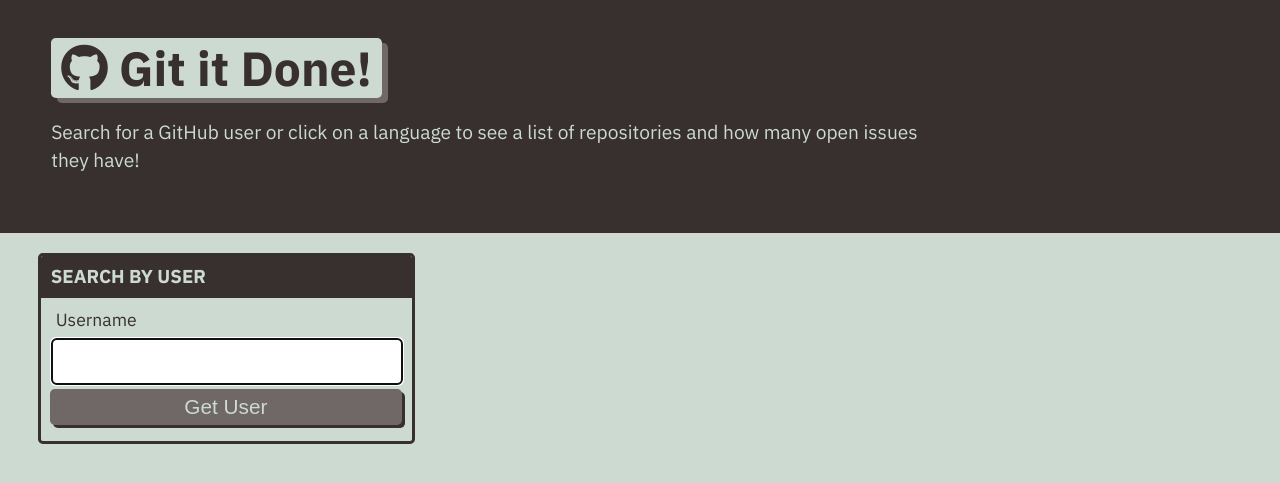
Repository: cobalt88/git-it-done
Page: index.html
The author's editor kept a copy of each file at every save. The page is drawn from the files as they stood at one save, then again after the next save.
The browser window is 1280 px wide. The pictures show the whole page.
The page's requests for data from a server got no answer. Some web libraries are served in a nearby version.

Above is the page before, as saved 2022-03-24 14:50:13.

### index.html
<!DOCTYPE html>
<html lang="en">

<head>
  <meta charset="UTF-8">
  <meta name="viewport" content="width=device-width, initial-scale=1.0">
  <meta http-equiv="X-UA-Compatible" content="ie=edge">
  <link href="https://fonts.googleapis.com/css?family=IBM+Plex+Sans:400,400i,700&display=swap" rel="stylesheet">
  <link rel="stylesheet" href="https://cdnjs.cloudflare.com/ajax/libs/font-awesome/5.11.2/css/all.min.css">
  <link rel="stylesheet" href="./assets/css/style.css" />
  <title>Git it Done</title>
</head>

<body class="flex-column min-100-vh">
  <header class="hero">
    <h1 class="app-title"><i class="fab fa-github"></i> Git it Done!</h1>
    <p>Search for a GitHub user or click on a language to see a list of repositories and how many open issues they have!
    </p>
  </header>


  <main class="flex-row justify-space-between">
    <div class="col-12 col-md-4">
      <div class="card">
        <h3 class="card-header text-uppercase">Search By User</h3>
        <form id="user-form" class="card-body">
          <label class="form-label" for="username">Username</label>
          <input name="username" id="username" type="text" autofocus="true" class="form-input" />
          <button type="submit" class="btn">Get User</button>
        </form>
      </div>

    </div>

    <div class="col-12 col-md-8">

    </div>
  </main>
<script src="./assets/js/homepage.js"></script>
</body>

</html>

### assets/css/style.css
:root {
  --primary: #ccdad1;
  --secondary: #9caea9;
  --tertiary: #788585;
  --light-dark: #6f6866;
  --dark: #38302e;
  --border-radius: .3rem;
}

* {
  box-sizing: border-box;
}

body {
  background-color: var(--primary);
  margin: 0;
  padding: 0;
  font-family: "IBM Plex Sans", sans-serif;
  color: var(--dark);
  line-height: 1.5;
  font-size: 16px;
}

h1,
h2,
h3,
h4,
h5,
h6 {
  font-weight: 700;
  margin: 0;
  color: var(--dark);
  line-height: 1.25;
}

main {
  margin: 20px auto;
  width: 94%;
}

p {
  font-size: 1.2rem;
}

 .btn {
  font-size: 1.3rem;
  text-decoration:none;
  padding: 6px 5px;
  width: 100%;
  display: block;
  margin: 5px 0;
  border-radius: var(--border-radius);
  color: var(--primary);
  border: none;
  outline: none;
  background-color: var(--light-dark);
  box-shadow: 3px 3px var(--dark);
  transform: translate(-1px, -1px);
}

 .btn:hover {
  color: var(--primary);
  background-color: var(--tertiary);
  transform: translate(0, 0);
  box-shadow: 2px 2px var(--dark);
}

.btn-inline {
  display: inline;
}

.btn-back {
  border-radius: var(--border-radius);
  color: var(--primary);
  border: none;
  outline: none;
  background-color: var(--light-dark);
  box-shadow: 3px 3px var(--secondary);
  transform: translate(-1px, -1px);
  display: inline-block;
  width: auto;
  margin-top: 20px;
  padding: 15px;
  text-decoration: none;
  font-size: 1.2rem;
}

 .btn-back:hover {
  color: var(--primary);
  background-color: var(--tertiary);
  transform: translate(0, 0);
  box-shadow: 2px 2px var(--dark);
}

.hero {
  padding: 3% 4%;
  background-color: var(--dark);
  color: var(--primary);
}

.hero p {
  max-width: 75%;
}

.app-title {
  font-size: 3rem;
  background-color: var(--primary);
  color: var(--dark);
  padding: 0 10px;
  display: inline-block;
  border-radius: var(--border-radius);
  box-shadow: 6px 5px var(--light-dark);
}

.list-group {
  padding: 0;
  list-style: none;
}

.list-item {
  margin-bottom: 10px;
  padding: 1.5%;
  border-radius: var(--border-radius);
  background-color: var(--light-dark);
  color: var(--primary);
  text-decoration: none;
}

.list-item:hover {
  background-color: var(--dark);
}

.status-icon {
  padding: 2px 5px;
  margin: 0 5px;
  background-color: rgba(255,255,255, 1);
  border-radius: var(--border-radius);
}

.icon-danger {
  color: rgb(255, 70, 70);
}

.icon-success {
  color: rgb(29, 153, 255);
}

/* CARDS */
.card {
  margin: 0 0 20px 0;
  border: 3px solid var(--dark);
  border-radius: var(--border-radius);
}

.card-header {
  color: var(--primary);
  background-color: var(--dark);
  padding: 2.5%;
  border-radius: calc(.18rem - 1px) calc(.18rem - 1px) 0 0;
}

.card-body {
  padding: 2.5%;
}

/* FORM */
.form-label,
.form-input,
.form-textarea {
  display: block;
}

.form-label {
  font-size: 1.1rem;
  margin: 0 0 0 5px;
}

.form-input {
  width: 100%;
  padding: 3%;
  margin: 5px 0;
  font-size: 1.2rem;
  border: 2px solid var(--light-dark);
  border-radius: var(--border-radius);
}

/* HEIGHT / WIDTH UTILS */
.min-100-vh {
  min-height: 100vh;
}

.min-100-vw {
  min-width: 100vw;
}

/* FONT UTILS */
.text-uppercase {
  text-transform: uppercase;
}


/* FLEX CONTENT */
.flex-row {
  display: flex;
  flex-wrap: wrap;
}

.flex-column {
  display: flex;
  flex-direction: column;
  flex-wrap: wrap;
}

.justify-space-between {
  justify-content: space-between;
}

.justify-space-around {
  justify-content: space-around;
}

.justify-flex-start {
  justify-content: flex-start
}

.justify-flex-end {
  justify-content: flex-end;
}

.justify-center {
  justify-content: center;
}

.align-stretch {
  align-items: stretch;
}

.align-end {
  align-items: flex-end;
}

.align-center {
  align-items: center;
}

.col-auto {
  flex-grow: 1;
}

.col-1 {
  flex: 0 0 calc(100% * 1 / 12 - 2%);
}

.col-2 {
  flex: 0 0 calc(100% * 2 / 12 - 2%);
}

.col-3 {
  flex: 0 0 calc(100% * 3 / 12 - 2%);
}

.col-4 {
  flex: 0 0 calc(100% * 4 / 12 - 2%);
}

.col-5 {
  flex: 0 0 calc(100% * 5 / 12 - 2%);
}

.col-6 {
  flex: 0 0 calc(100% * 6 / 12 - 2%);
}

.col-7 {
  flex: 0 0 calc(100% * 7 / 12 - 2%);
}

.col-8 {
  flex: 0 0 calc(100% * 8 / 12 - 2%);
}

.col-9 {
  flex: 0 0 calc(100% * 9 / 12 - 2%);
}

.col-10 {
  flex: 0 0 calc(100% * 10 / 12 - 2%);
}

.col-11 {
  flex: 0 0 calc(100% * 11 / 12 - 2%);
}

.col-12 {
  flex: 0 0 100%;
}

/* col-sm */
@media screen and (min-width: 640px) {
  .col-sm-1 {
    flex: 0 0 calc(100% * 1 / 12 - 2%);
  }

  .col-sm-2 {
    flex: 0 0 calc(100% * 2 / 12 - 2%);
  }

  .col-sm-3 {
    flex: 0 0 calc(100% * 3 / 12 - 2%);
  }

  .col-sm-4 {
    flex: 0 0 calc(100% * 4 / 12 - 2%);
  }

  .col-sm-5 {
    flex: 0 0 calc(100% * 5 / 12 - 2%);
  }

  .col-sm-6 {
    flex: 0 0 calc(100% * 6 / 12 - 2%);
  }

  .col-sm-7 {
    flex: 0 0 calc(100% * 7 / 12 - 2%);
  }

  .col-sm-8 {
    flex: 0 0 calc(100% * 8 / 12 - 2%);
  }

  .col-sm-9 {
    flex: 0 0 calc(100% * 9 / 12 - 2%);
  }

  .col-sm-10 {
    flex: 0 0 calc(100% * 10 / 12 - 2%);
  }

  .col-sm-11 {
    flex: 0 0 calc(100% * 11 / 12 - 2%);
  }

  .col-sm-12 {
    flex: 0 0 100%;
  }
}


/* col-md */
@media screen and (min-width: 768px) {
  .col-md-1 {
    flex: 0 0 calc(100% * 1 / 12 - 2%);
  }

  .col-md-2 {
    flex: 0 0 calc(100% * 2 / 12 - 2%);
  }

  .col-md-3 {
    flex: 0 0 calc(100% * 3 / 12 - 2%);
  }

  .col-md-4 {
    flex: 0 0 calc(100% * 4 / 12 - 2%);
  }

  .col-md-5 {
    flex: 0 0 calc(100% * 5 / 12 - 2%);
  }

  .col-md-6 {
    flex: 0 0 calc(100% * 6 / 12 - 2%);
  }

  .col-md-7 {
    flex: 0 0 calc(100% * 7 / 12 - 2%);
  }

  .col-md-8 {
    flex: 0 0 calc(100% * 8 / 12 - 2%);
  }

  .col-md-9 {
    flex: 0 0 calc(100% * 9 / 12 - 2%);
  }

  .col-md-10 {
    flex: 0 0 calc(100% * 10 / 12 - 2%);
  }

  .col-md-11 {
    flex: 0 0 calc(100% * 11 / 12 - 2%);
  }

  .col-md-12 {
    flex: 0 0 100%;
  }
}

/* col-lg */
@media screen and (min-width: 992px) {
  .col-lg-1 {
    flex: 0 0 calc(100% * 1 / 12 - 2%);
  }

  .col-lg-2 {
    flex: 0 0 calc(100% * 2 / 12 - 2%);
  }

  .col-lg-3 {
    flex: 0 0 calc(100% * 3 / 12 - 2%);
  }

  .col-lg-4 {
    flex: 0 0 calc(100% * 4 / 12 - 2%);
  }

  .col-lg-5 {
    flex: 0 0 calc(100% * 5 / 12 - 2%);
  }

  .col-lg-6 {
    flex: 0 0 calc(100% * 6 / 12 - 2%);
  }

  .col-lg-7 {
    flex: 0 0 calc(100% * 7 / 12 - 2%);
  }

  .col-lg-8 {
    flex: 0 0 calc(100% * 8 / 12 - 2%);
  }

  .col-lg-9 {
    flex: 0 0 calc(100% * 9 / 12 - 2%);
  }

  .col-lg-10 {
    flex: 0 0 calc(100% * 10 / 12 - 2%);
  }

  .col-lg-11 {
    flex: 0 0 calc(100% * 11 / 12 - 2%);
  }

  .col-lg-12 {
    flex: 0 0 100%;
  }
}

/* col-xl */
@media screen and (min-width: 1200px) {
  .col-xl-1 {
    flex: 0 0 calc(100% * 1 / 12 - 2%);
  }

  .col-xl-2 {
    flex: 0 0 calc(100% * 2 / 12 - 2%);
  }

  .col-xl-3 {
    flex: 0 0 calc(100% * 3 / 12 - 2%);
  }

  .col-xl-4 {
    flex: 0 0 calc(100% * 4 / 12 - 2%);
  }

  .col-xl-5 {
    flex: 0 0 calc(100% * 5 / 12 - 2%);
  }

  .col-xl-6 {
    flex: 0 0 calc(100% * 6 / 12 - 2%);
  }

  .col-xl-7 {
    flex: 0 0 calc(100% * 7 / 12 - 2%);
  }

  .col-xl-8 {
    flex: 0 0 calc(100% * 8 / 12 - 2%);
  }

  .col-xl-9 {
    flex: 0 0 calc(100% * 9 / 12 - 2%);
  }

  .col-xl-10 {
    flex: 0 0 calc(100% * 10 / 12 - 2%);
  }

  .col-xl-11 {
    flex: 0 0 calc(100% * 11 / 12 - 2%);
  }

  .col-xl-12 {
    flex: 0 0 100%;
  }
}

### assets/js/homepage.js
var userFormEl = document.querySelector("#user-form");
var nameInputEl = document.querySelector("#username");


var getUserRepos = function(user) {
  // format the github api url
  var apiUrl = "https://api.github.com/users/" + user + "/repos";

  // make a get request to url
  fetch(apiUrl).then(function(response) {
    console.log(response);
    response.json().then(function(data) {
      displayRepos(data, user);
    });
  });
};

var formSubmitHandler = function(event) {
  event.preventDefault();
  // get value from input element
var username = nameInputEl.value.trim();

if (username) {
  getUserRepos(username);
  nameInputEl.value = "";
} else {
  alert("Please enter a GitHub username");
}
  // console.log(event);
};

var displayRepos = function(repos, searchTerm) {
  console.log(repos);
  console.log(searchTerm);
};



getUserRepos();
userFormEl.addEventListener("submit", formSubmitHandler);

After the next save:
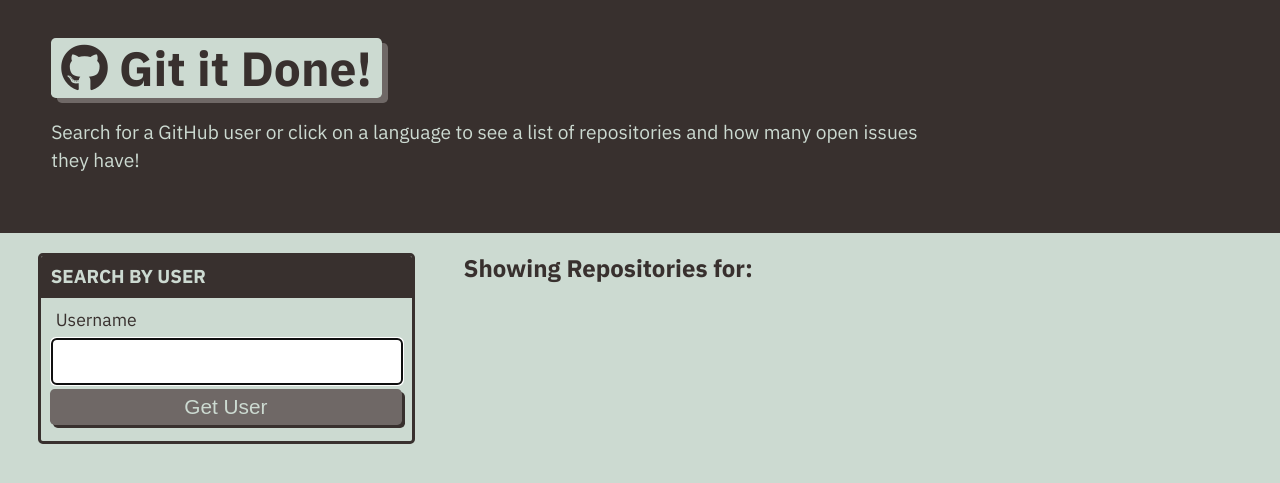
Saved 13 min 27 s later.
--- a/index.html
+++ b/index.html
@@ -20,6 +20,7 @@
 
 
   <main class="flex-row justify-space-between">
+    <!-- left column -->
     <div class="col-12 col-md-4">
       <div class="card">
         <h3 class="card-header text-uppercase">Search By User</h3>
@@ -31,9 +32,10 @@
       </div>
 
     </div>
-
+<!-- right column -->
     <div class="col-12 col-md-8">
-
+      <h2 class="subtitle">Showing Repositories for: <span id="repo-search-term"></span></h2>
+      <div id="repos-container" class="list-group"></div>
     </div>
   </main>
 <script src="./assets/js/homepage.js"></script>
